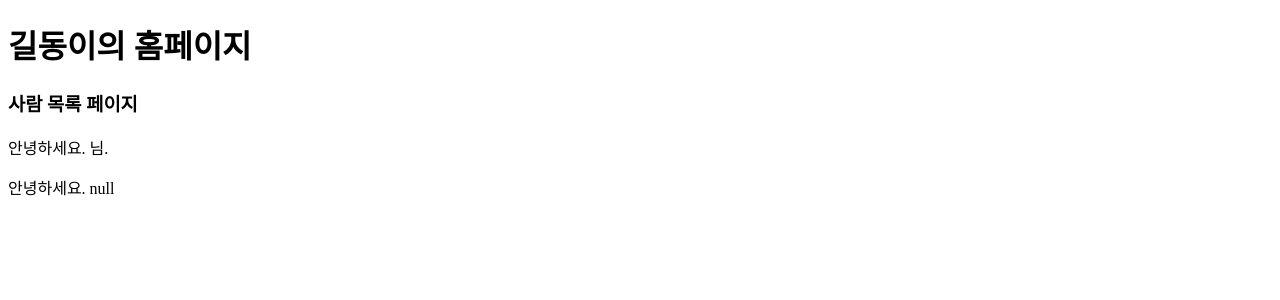
Repository: kkw2758/Front-end
Page: http://localhost/jsp_suvlet_ex02/saram/list.do
An editor plug-in stored every save of this project. The page is shown before and after the next save, followed by the edit.
The browser window is 1280 px wide. The pictures show the whole page.
The page is served by Tomcat 9.

Above is the page before, as saved 2023-02-27 06:27:34.

After the next save:
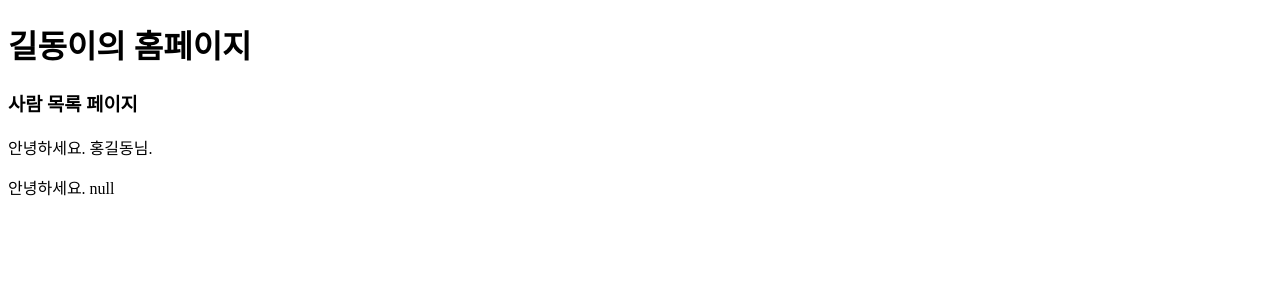
Saved 2 min 11 s later.
--- a/backend_work/JAVA/day02/jsp_suvlet_ex02/src/org/comstudy/myweb/SaramController.java
+++ b/backend_work/JAVA/day02/jsp_suvlet_ex02/src/org/comstudy/myweb/SaramController.java
@@ -27,6 +27,10 @@ public class SaramController extends HttpServlet {
 		String urlPattern = reqUri.substring(beginIndex);
 		System.out.println("urlPattern => " + urlPattern);
 
+		// view 페이지에서 사용될 변수 request에 저장.
+		// forward 될때 request도 전달.
+		req.setAttribute("username", "홍길동");
+
 		// view 페이지로 forward 하기
 		// RequestDispatcher 객체를 이용한 view 페이지 forward
 		String viewName = "/WEB-INF/views/saram/list.jsp"; // view 역할을 하는 JSP페이지의 위치 / WEB-INF는 외부에서 접근 불가
